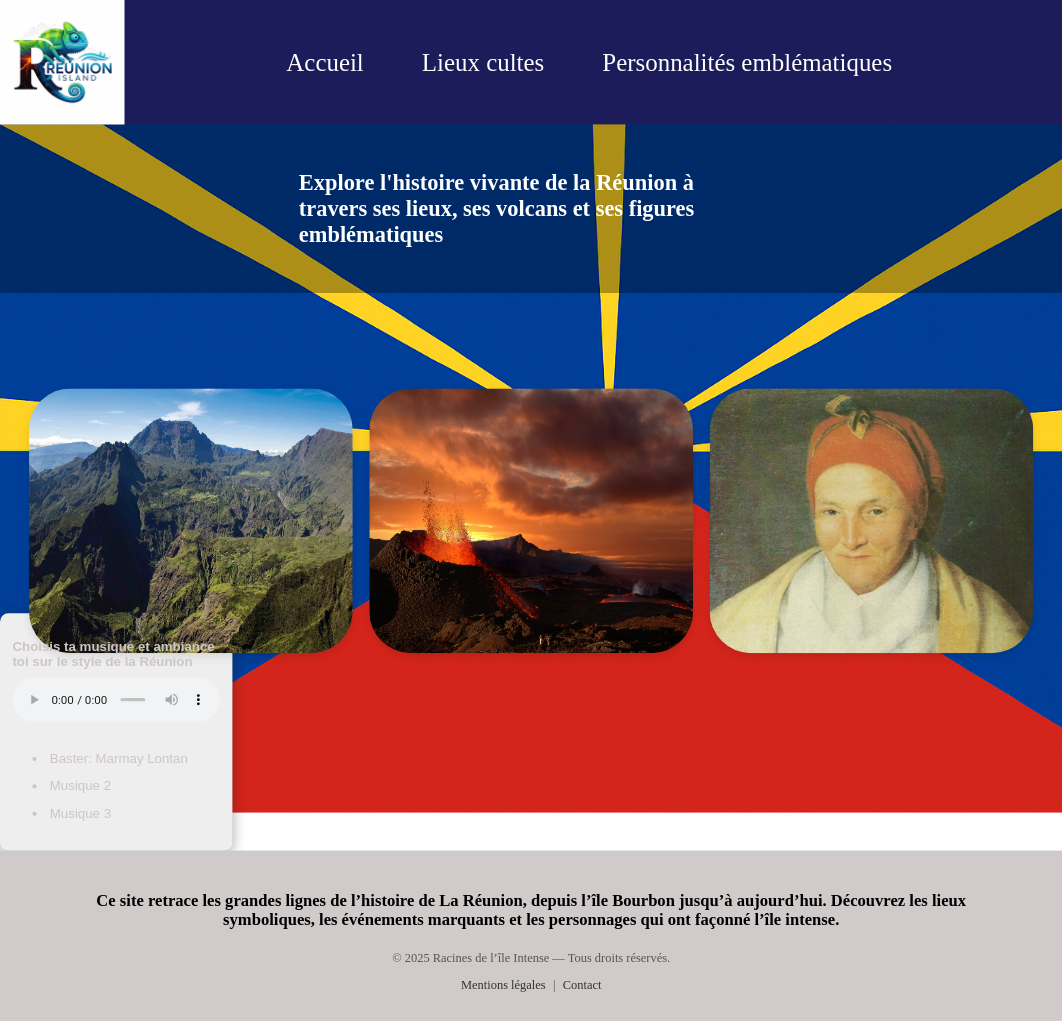
Repository: racinesintense974/Racines-de-lile-intense
Page: index.html
These files come from the project's save history. The page is drawn as it stood at one moment and after a run of saves; the edit follows.
The browser window is 1280 px wide. The pictures show the whole page, at 83% of full size.

Above is the page before, as saved 2026-02-13 20:50:55.

After the next 2 saves:
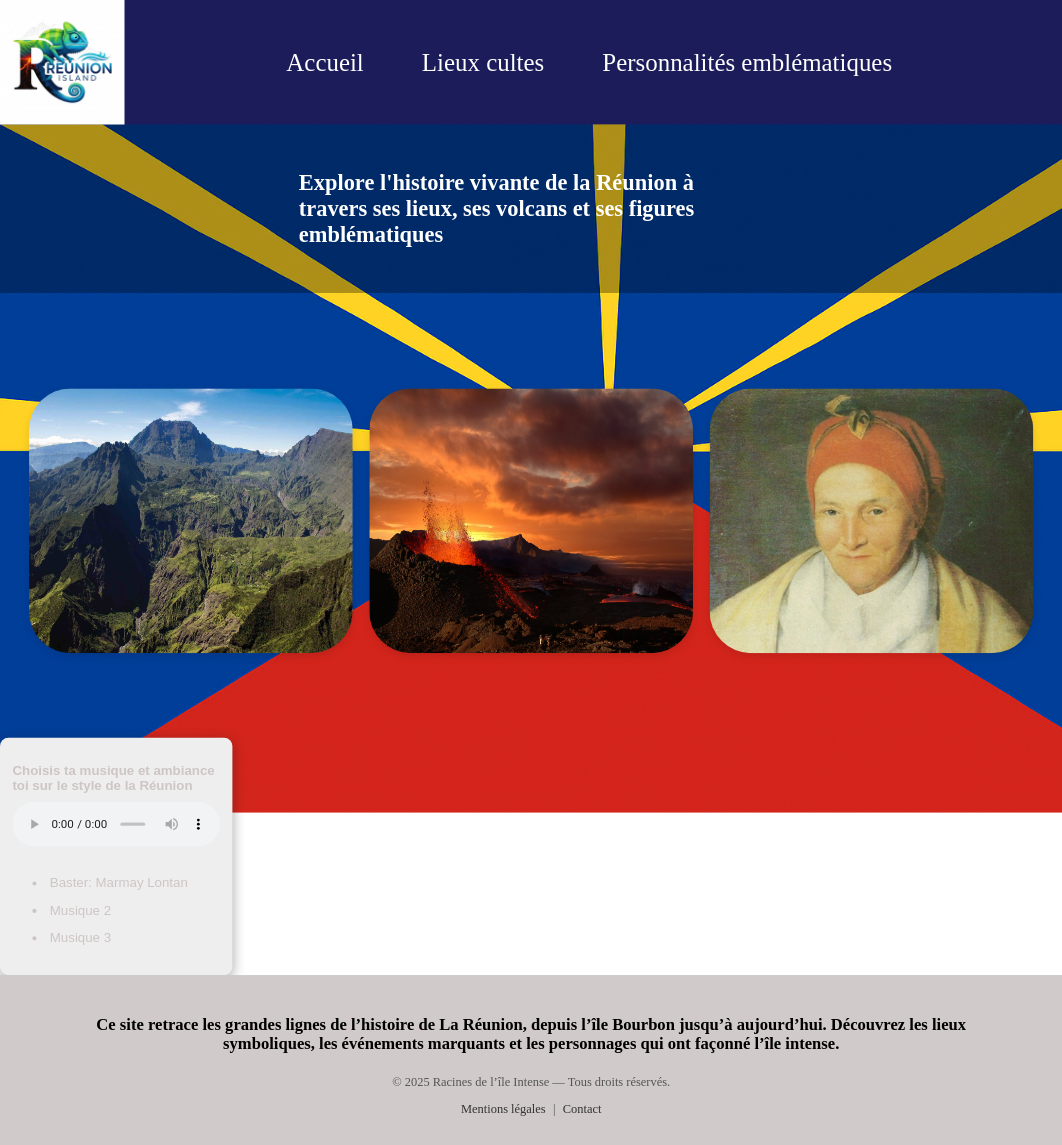
The 2 saves are shown as one change because they came seconds apart.
The last was saved 29 s later.
--- a/css/style.css
+++ b/css/style.css
@@ -180,7 +180,7 @@ nav.nav ul.menu a {
   padding:15px;
   width:260px;
   border-radius:40px;
-  margin-top: -140px;
+  margin-top: 10px;
   font-family:Arial;
   color:rgb(206, 197, 197);
   box-shadow:0 4px 15px rgba(24, 24, 24, 0.4);
